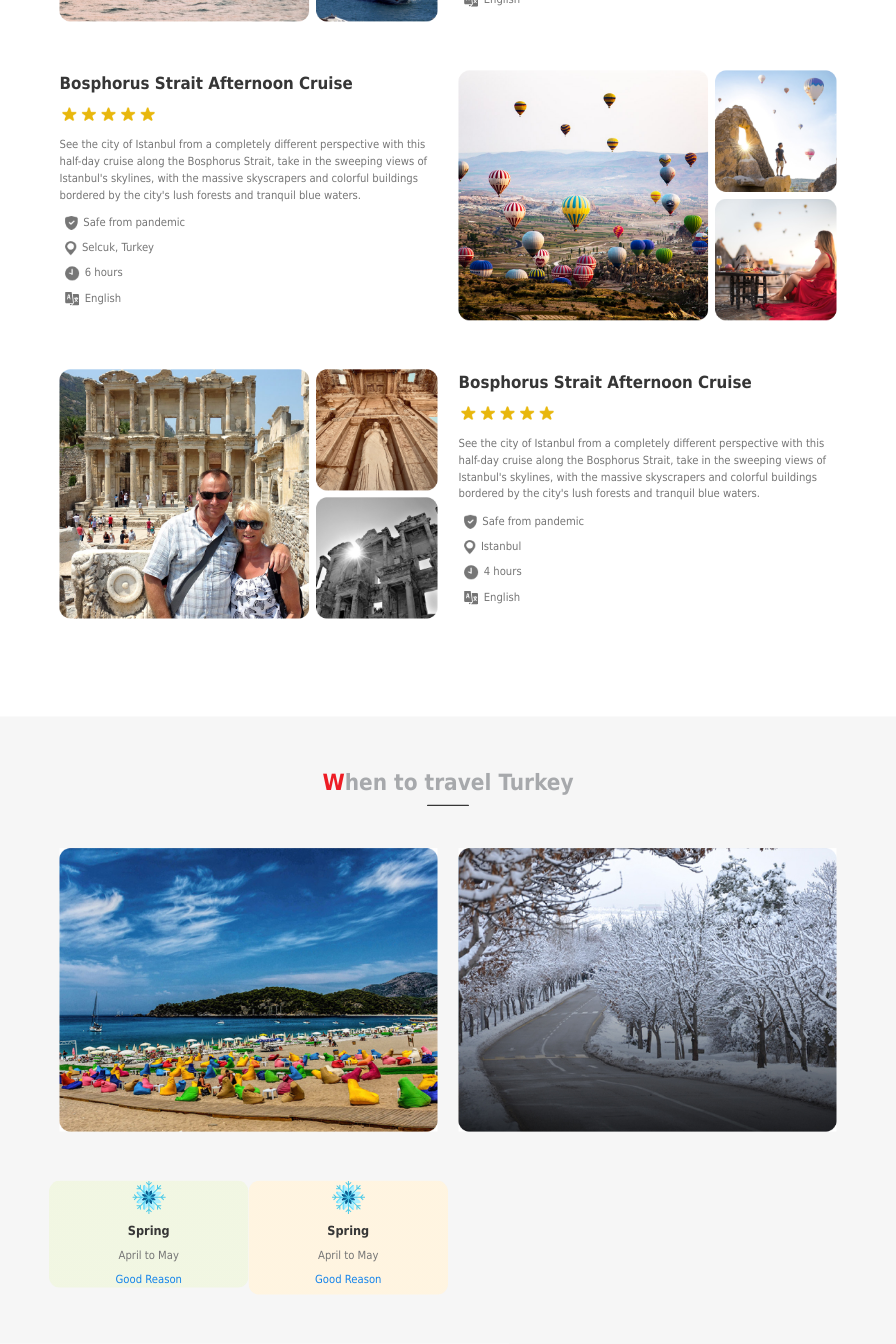
Repository: cvminhquan/turkey
Page: index.html
The author's editor kept a copy of each file at every save. The page is drawn from the files as they stood at one save, then again after the next save.
The browser window is 1280 px wide. The pictures show the part of the page from y = 1841 to 3761 px (the page is 3761 px tall), at 70% of full size.
The style sheet was rebuilt from its Sass, Less or Tailwind sources for each picture, by a compiler version that may differ from the author's.

Above is the page before, as saved 2022-09-15 19:58:18.

After the next save:
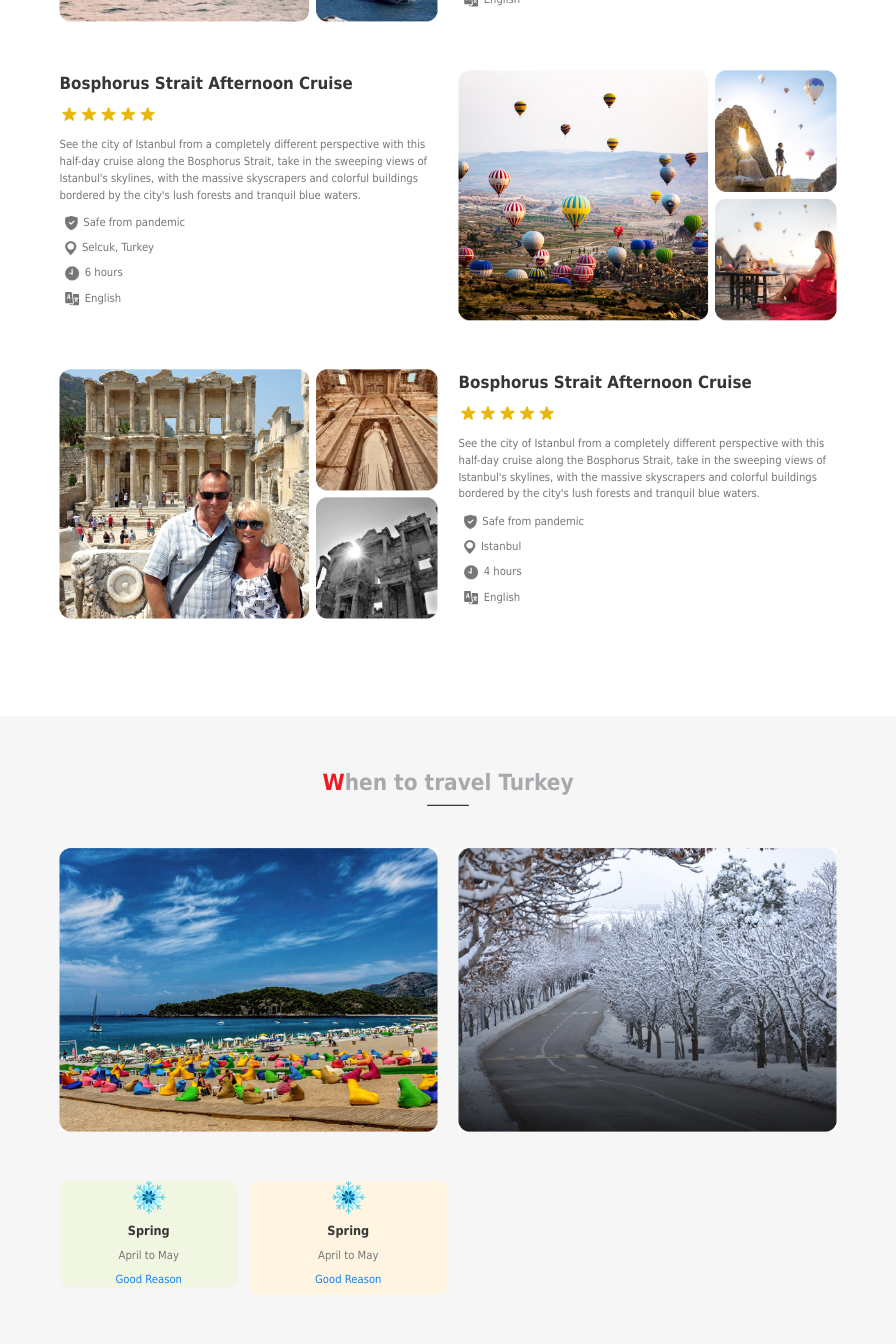
Saved 16 s later.
--- a/index.html
+++ b/index.html
@@ -192,7 +192,7 @@
                     </div>
                 </div> -->
                 <div class="row">
-                    <div class="col-3 text-center px-0">
+                    <div class="col-3 text-center">
                         <div class="bg-spring">
                             <p class=" bdr text-center "><img src="./images/icon-snow.svg " alt=" "></p>
                             <h2>Spring</h2>
